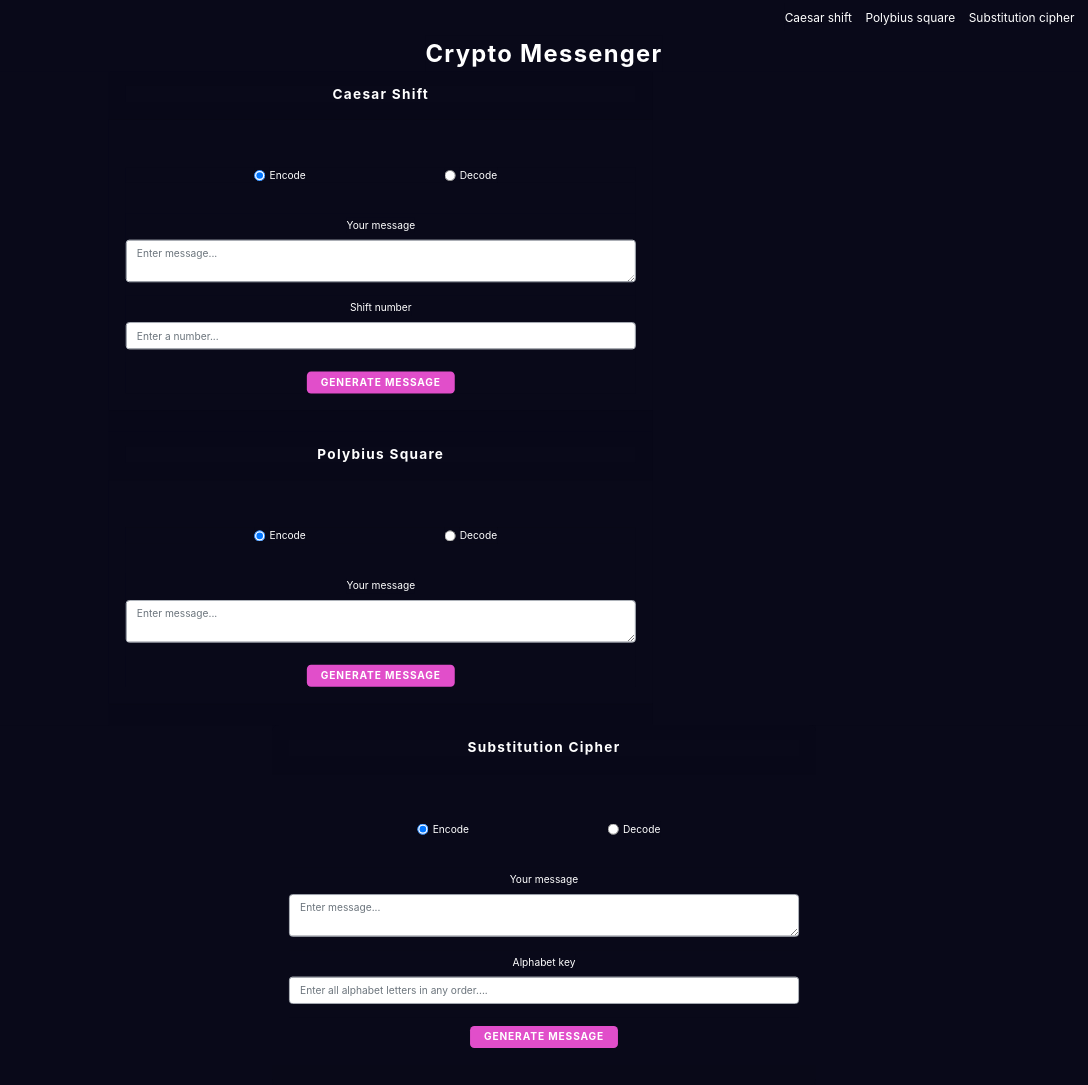
Repository: Rthompson2548/Project-Decoder-Ring
Page: index.html
The author's editor kept a copy of each file at every save. The page is drawn from the files as they stood at one save, then again after a run of saves.
The browser window is 1280 px wide. The pictures show the whole page, at 85% of full size.

Above is the page before, as saved 2022-04-09 20:17:08.

After the next 2 saves:
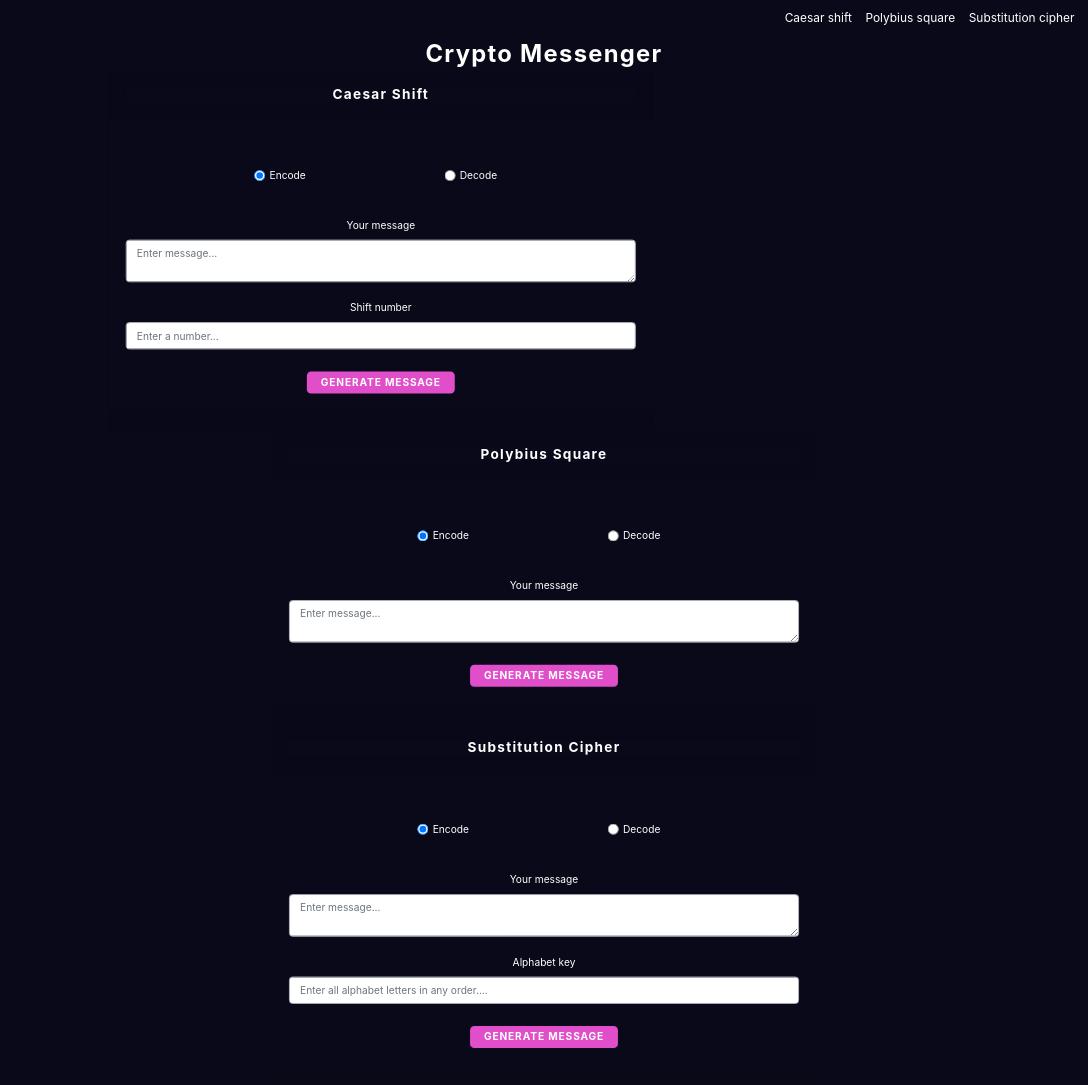
The 2 saves are shown as one change because they came seconds apart.
The last was saved 19 s later.
--- a/index.html
+++ b/index.html
@@ -93,8 +93,8 @@
           </div>
           </section>
       <!-- Polybius -->
-      <section class="language-card">
-        <div id="polybius-square">
+      <section>
+        <div class="language-card" id="polybius-square">
           <div class="card-header">
             <h2 class="language-card-title">Polybius Square</h2>
             </div>
